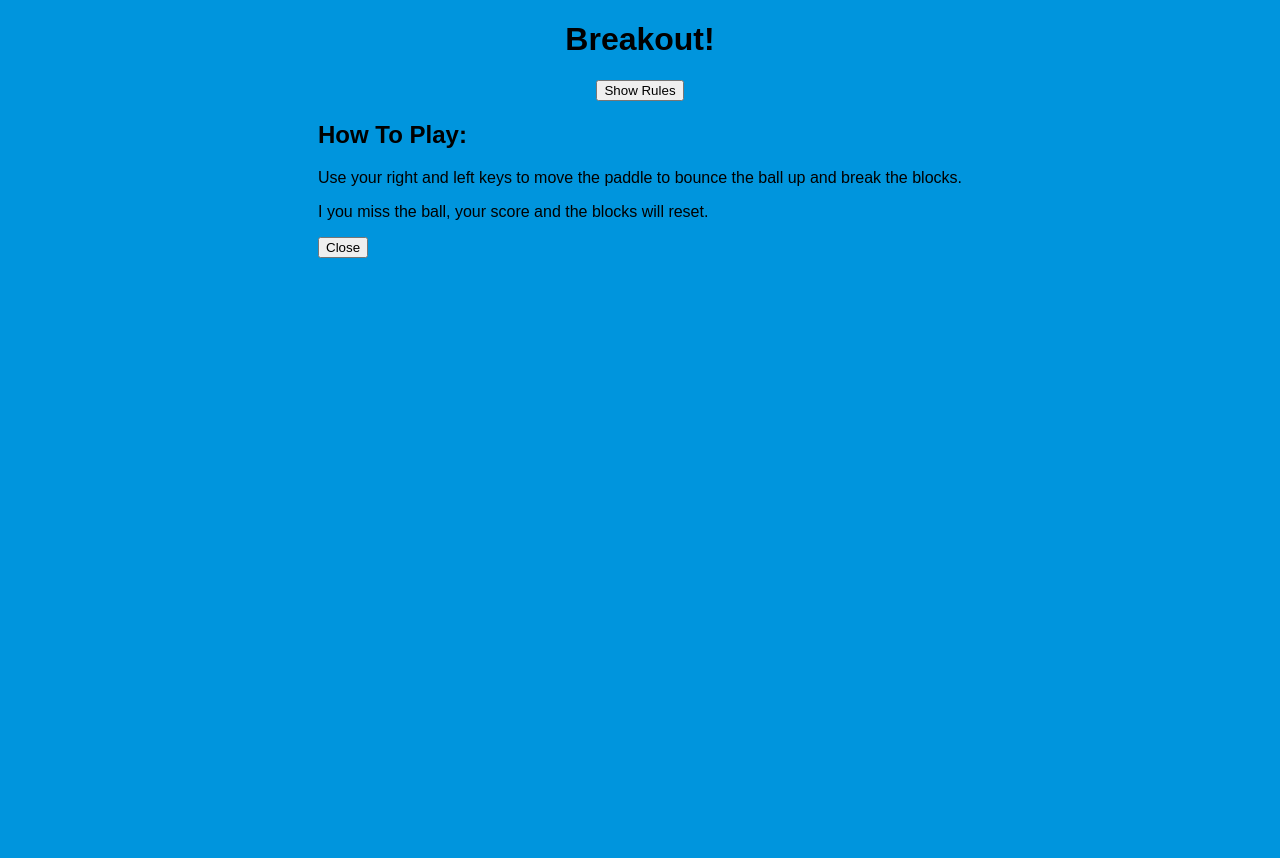
Repository: JackyZzZz/BREAKOUT-GAME
Page: index.html
An editor plug-in stored every save of this project. The page is shown before and after the next save, followed by the edit.
The browser window is 1280 px wide. The pictures show the whole page.

Above is the page before, as saved 2023-09-04 20:35:56.

After the next save:
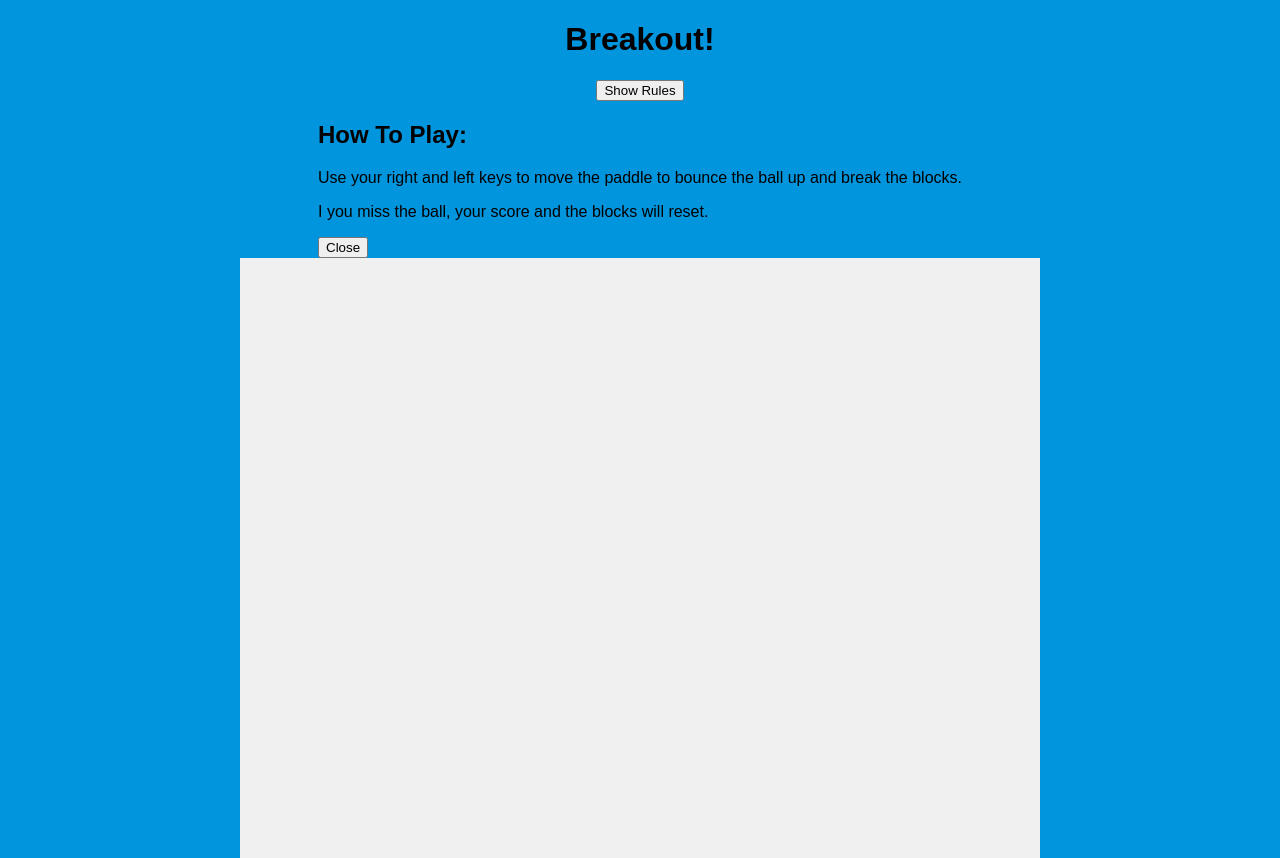
Saved 95 s later.
--- a/style.css
+++ b/style.css
@@ -12,3 +12,7 @@ body {
     min-height: 100vh;
     margin: 0;
 }
+
+canvas {
+    background-color: #f0f0f0;
+}
